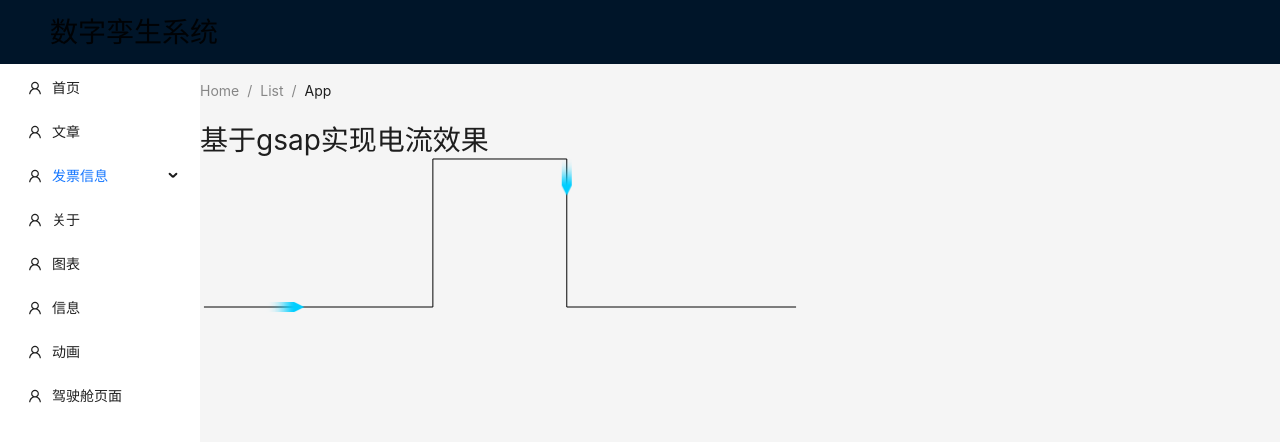
Repository: HailiePan/webpack-react-practice
Page: /animation
The author's editor kept a copy of each file at every save. The page is drawn from the files as they stood at one save, then again after the next save.
The browser window is 1280 px wide. The pictures show the whole page.
The project was rebuilt for these pictures with package versions that can differ from the ones it lists, and the page was loaded fresh each time. Also part of the build but not shown: src/pages/Animation/component/ScrollAnimation/index.jsx, src/pages/Home.jsx, src/pages/Invoices/index.jsx, src/pages/Invoices/Invoice.jsx, src/pages/Invoices/Pending.jsx, src/pages/Invoices/Complete.jsx, src/components/CommonBox/index.less, src/components/CommonBox/index.jsx and 27 more.

Above is the page before, as saved 2024-01-24 16:44:48.

### index.html
<!--
 * Author  hailie.pan
 * Date  2023-10-08 16:03:03
 * LastEditors  hailie.pan
 * LastEditTime  2023-10-08 16:03:04
 * Description  file content
-->
<!--
 * Author  hailie.pan
 * Date  2023-10-07 17:34:05
 * LastEditors  hailie.pan
 * LastEditTime  2023-10-07 17:34:06
 * Description  file content
-->
<!DOCTYPE html>
<html lang="en">
  <head>
    <meta charset="UTF-8" />
    <meta http-equiv="X-UA-Compatible" content="IE=edge" />
    <meta name="viewport" content="width=device-width, initial-scale=1.0" />
    <title>Document</title>
  </head>
  <body>
    <div id="app"></div>
  </body>
</html>

### src/index.jsx
/*
 * Author  hailie.pan
 * Date  2023-10-07 17:16:58
 * LastEditors  hailie.pan
 * LastEditTime  2023-10-24 17:39:40
 * Description  file content
 */
import React, { StrictMode } from "react";
import * as ReactDOM from "react-dom/client";
import { BrowserRouter, useRoutes } from "react-router-dom";
import { routes } from "@/router";
const App = () => {
  return useRoutes(routes);
};
const root = ReactDOM.createRoot(document.getElementById("app"));
// v18 的新方法
root.render(
  <StrictMode>
    <BrowserRouter>
      <App />
    </BrowserRouter>
  </StrictMode>
);

// BrowserRouter下直接渲染useRoutes,routes里配置好路径对应的组件
// 然后就会显示路径对应的组件
// useRoutes(routes)必须在函数里写着

### src/router/index.js
/*
 * @Author: Hailie.Pan
 * @Date: 2023-11-28 10:30:45
 * @LastEditors: Hailie.Pan
 * @LastEditTime: 2024-01-11 10:41:08
 * @Description:
 */
/*
 * Author  hailie.pan
 * Date  2023-10-13 17:13:27
 * LastEditors  hailie.pan
 * LastEditTime  2023-11-28 10:30:45
 * Description  file content
 */
import React from "react";
import { useRoutes } from "react-router-dom";

import BaseLayout from "@/BaseLayout";

import Home from "@/pages/Home";
import Invoices from "@/pages/Invoices";
import Invoice from "@/pages/Invoices/Invoice";
import Pending from "@/pages/Invoices/Pending";
import Complete from "@/pages/Invoices/Complete";
import About from "@/pages/About";
import Article from "@/pages/Article";
import ControlRoomFirstPage from "@/pages/ControlRoomFirstPage";
import Chart from "@/pages/Chart";
import Info from "@/pages/Info";
import Animation from '@/pages/Animation'

const routes = [
  {
    path: "/",
    element: <BaseLayout />,
    name: "一级场景",
    children: [
      { path: "/home", element: <Home />, name: "首页" },
      { path: "/article", element: <Article />, name: "文章" },
      {
        // path: "/invoices",
        // element: <Invoices />,
        name: "发票信息",
        children: [
          {
            path: "/invoices/invoicesDetail/:id",
            element: <Invoice />,
            name: "发票1详情",
          },
          {
            path: "/invoices/pending",
            element: <Pending />,
            name: "发票2详情",
          },
          {
            path: "/invoices/complete",
            element: <Complete />,
            name: "发票3详情",
          },
        ],
      },

      {
        path: "/about",
        element: <About />,
        name: "关于",
      },
      {
        path: "/chart",
        element: <Chart />,
        name: "图表",
      },
      {
        path: "/info",
        element: <Info />,
        name: "信息",
      },
      {
        path: "/animation",
        element: <Animation />,
        name: "动画",
      },
    ],
  },
  {
    path: "/controlRoomFirstPage",
    element: <ControlRoomFirstPage />,
    name: "驾驶舱页面",
  },
];

export { routes };

### src/BaseLayout/index.jsx
/*
 * Author  hailie.pan
 * Date  2023-10-13 17:28:32
 * LastEditors  hailie.pan
 * LastEditTime  2023-12-04 10:37:50
 * Description  file content
 */

import React, {useEffect, useCallback, useState, useMemo } from 'react';
import { LaptopOutlined, NotificationOutlined, UserOutlined } from '@ant-design/icons';
import { Breadcrumb, Layout, Menu, theme } from 'antd';
import { Link, NavLink, useRoutes, Navigate, Outlet } from 'react-router-dom';
import { gsap } from "gsap";
import { ScrollTrigger } from 'gsap/ScrollTrigger.js'
import { routes } from '@/router';
import StateContext from './data.js';
import styles from './index.less';
import ScrollAnimation from '@/pages/Animation/component/ScrollAnimation'
const { Header, Content, Sider } = Layout;

export default function BaseLayout() {
  // console.log("routes", routes);
  const [selectedMenuKeys, setSelectedMenuKeys] = useState([]);

  // useMemo缓存菜单的计算方法，避免每次刷新时都计算一遍
  // 这个菜单的算法还是不太优美，不好维护
  let showMenu = useMemo(
    () =>
      routes
        .map((item, index) => {
          if (item.children) {
            const arr2 = item.children.map((c, cIndex) => {
              return {
                key: cIndex,
                icon: React.createElement(UserOutlined),
                name: c.name,
                label: (
                  <NavLink to={c.path} state={'From App'}>
                    {c.name}
                  </NavLink>
                ),
                children: c?.children?.map((t, tIndex) => ({
                  key: `${cIndex}-${tIndex}`,
                  icon: React.createElement(UserOutlined),
                  name: t.name,
                  label: <NavLink to={t.path}>{t.name}</NavLink>
                }))
              };
            });
            return arr2;
          } else {
            return {
              key: 'dandu' + index,
              icon: React.createElement(UserOutlined),
              name: item.name,
              label: (
                <NavLink to={item.path} state={'From App'}>
                  {item.name}
                </NavLink>
              )
            };
          }
        })
        .flat(), // arr2是个数组，放到showMenu数组里需要拉平
    []
  );
  showMenu.flat();
  // console.log("showMenu", showMenu);

  const menuArr = [
    {
      key: 0,
      icon: React.createElement(UserOutlined),
      label: (
        <NavLink to="/home" state={'From App'}>
          首页
        </NavLink>
      )
    },

    {
      key: 1,
      icon: React.createElement(LaptopOutlined),
      label: <NavLink to="invoices">发票信息</NavLink>,
      children: [
        {
          key: '1-0',
          label: <NavLink to="/invoices/invoicesDetail/1?a=a&b=b">发票1详情页</NavLink>
        },
        {
          key: '1-1',
          label: <NavLink to="/invoices/pending?fromPage=菜单点击">发票2详情页</NavLink>
        },
        {
          key: '1-2',
          label: (
            <NavLink to="/invoices/complete" state={'左侧菜单点击'}>
              发票3详情页
            </NavLink>
          )
        }
      ]
    },
    {
      key: 2,
      icon: React.createElement(NotificationOutlined),
      label: <NavLink to="about">关于</NavLink>
    },
    {
      key: 3,
      icon: React.createElement(NotificationOutlined),
      label: <NavLink to="controlRoomFirstPage">驾驶舱页面</NavLink>
    },
    {
      key: 4,
      icon: React.createElement(LaptopOutlined),
      label: <NavLink to="article">文章</NavLink>
    }
  ];

  const onSelectMenu = ({ item, key, keyPath, selectedKeys, domEvent }) => {
    setSelectedMenuKeys([key]);
  };

  const [state, setState] = useState('playing');

  // useEffect(()=>{
  //   gsap.registerPlugin(ScrollTrigger)
  //     // 绿色方块
  //     gsap.to("#ewrwer", {
  //       rotation: 900,
  //       x:400,
  //       duration: 1,
  //       scrollTrigger: {
  //         trigger: '#ewrwer', // 动画的元素
  //         scroller: document.getElementById('21321'), // 滚动的元素
  //         scrub: 2,
  //         markers: true,
  //       },

  //     });
  // },[])

  return (
    <Layout className={styles.layoutWrap}>
{/*
      <div className={styles.box} id='21321'>
        <div className={styles.green} id='ewrwer'></div>
        <div style={{height:'1000px'}} />
      </div> */}

      {/* <ScrollAnimation /> */}


      <Header className={styles.header}>
        <div className={styles.logo} />

        <h1>数字孪生系统</h1>
      </Header>

      <Layout>
        <Sider className={styles.sider}>
          <Menu
            mode="inline"
            // defaultSelectedKeys={["0"]}
            // defaultOpenKeys={["sub1"]}
            style={{
              height: '100%',
              borderRight: 0
            }}
            items={showMenu}
            selectedKeys={selectedMenuKeys}
            onSelect={onSelectMenu}
          />
        </Sider>

        <Layout className={styles.rightLayout}>
          <Breadcrumb
            style={{
              margin: '16px 0'
            }}
          >
            <Breadcrumb.Item>Home</Breadcrumb.Item>
            <Breadcrumb.Item>List</Breadcrumb.Item>
            <Breadcrumb.Item>App</Breadcrumb.Item>
          </Breadcrumb>

          <StateContext.Provider value={{ state, setState }}>
            <Content className={styles.content} id='content'>
              <Outlet />
            </Content>
          </StateContext.Provider>
        </Layout>
      </Layout>
    </Layout>
  );
}

### src/pages/Animation/index.jsx
/*
 * @Author: Hailie.Pan
 * @Date: 2024-01-11 10:41:16
 * @LastEditors: Hailie.Pan
 * @LastEditTime: 2024-01-24 15:25:22
 * @Description:
 */
import React, { useRef, useEffect, useState } from 'react';
import { gsap } from 'gsap';
import { ScrollTrigger } from 'gsap/ScrollTrigger.js';
import MoveBox from './component/MoveBox';
import MoveOnPath from './component/MoveOnPath';
import CanvasDraw from './component/CanvasDraw';
import TimeLine from './component/TimeLine';
import ScrollAnimation from './component/ScrollAnimation';
import ScrollAnimation2 from './component/ScrollAnimation2';
import ImitateElectricity from './component/ImitateElectricity';
import DraggableCom from './component/DraggableCom';
import styles from './index.module.less';

export default function Animation() {
  let obj = { myNum: 10, myColor: 'red' };

  useEffect(() => {
    // stagger 依次执行动画
    // gsap.to([boxRef.current, boxRef2.current, boxRef3.current], {
    //   rotation: 360,
    //   stagger:1,
    //   duration:2
    // });

    gsap.to(obj, {
      myNum: 200,
      myColor: 'blue',
      onUpdate: () => {
        console.log('onUpdate', obj.myColor);
      },
      onComplete: () => console.log('onComplete', obj.myNum, obj.myColor)
    });
  }, []);

  return (
    <div className={styles.wrap}>
      {/* <MoveBox /> */}

      {/* 在canvas中驱动元素绘制 */}
      {/* <CanvasDraw /> */}

      {/* 时间线动画 stagger依次错开 */}
      {/* <TimeLine /> */}

      {/* 元素沿SVG路径移动 */}
      {/* <MoveOnPath /> */}

      {/* 把canvas的效果和gsap的效果放在一起对比 */}
      {/* 模拟电流效果 */}
      <ImitateElectricity />

      {/* 滚动动画 */}
      {/* <ScrollAnimation /> */}

      {/* 滚动动画 */}
      {/* <ScrollAnimation2 /> */}

      {/* 可拖拽 */}
      {/* <DraggableCom /> */}
    </div>
  );
}

### src/BaseLayout/data.js
/*
 * Author  hailie.pan
 * Date  2023-11-28 10:20:25
 * LastEditors  hailie.pan
 * LastEditTime  2023-11-28 10:26:27
 * Description  file content
 */
import { createContext } from "react";

const StateContext = createContext({});

export default StateContext;

### src/BaseLayout/index.less
body {
  margin: 0;
  // height: 200vh;
}


.layoutWrap {
  height: 100vh;
  overflow-y: auto;
}

.box{
  height: 200px;
  overflow-y: auto;
  // border: 1px solid rgb(239, 200, 151);
}
.green{
  width: 50px;
  height: 50px;
  background-color: green;
  border-radius: 4px;
  margin: 0 auto;
  position: fixed;
  top: 50%;
  left: 50%;
}
.header {
  display: flex;
  align-items: center;

  .logo {
    width: 100px;
    height: 40px;
    background: rgba(255, 255, 255, 0.5);
    margin-right: 20px;
  }
  h1 {
    color: #fff;
    padding: 0;
    margin: 0;
  }
}
@colorBgContainer: #fff;
.sider {
  width: 200;
  background: @colorBgContainer;
}
.rightLayout {
  padding: 0 24px 24px;
}

.content {
  padding: 24px;
  margin: 0;
  min-height: 280px;
  background: @colorBgContainer;
  // border: 1px solid green; // 高度没有被页面的高度撑开
  // height: auto;
  overflow-y: scroll;
}

### src/pages/home.less
@color: rgb(248, 157, 39);

@font-face {
  font-family: "DIN";
  src: url("@/assets/fonts/庞门正道标题体2.0增强版.ttf");
  font-style: normal;
  font-weight: normal;
}
.wrapper {
  font-weight: 700;
  color: #333;

  ul {
    color: @color;
    // list-style-type: none;
  }
  .fontStyle {
    font-family: "DIN";
  }

  .box {
    height: 500px;
    margin-top: 20px;
    display: flex;
    .item {
      flex-shrink: 1; //属性定义了项目的缩小比例，默认为1，即如果空间不足，该项目将缩小
      flex-grow: 1; // 定义项目的放大比例，默认为0，即如果存在剩余空间，也不放大
      width: 300px;
      background-color: #fce09e;
      border: 1px solid rgb(255, 162, 0);
    }
  }
  .showImg {
    display: flex;
    img {
      width: 100px;
      height: 100px;
      margin-top: 10px;
      display: block;
    }
  }
}

### src/pages/Animation/component/ImitateElectricity/index.jsx
/*
 * @Author: Hailie.Pan
 * @Date: 2024-01-16 22:18:53
 * @LastEditors: Hailie.Pan
 * @LastEditTime: 2024-01-24 16:44:22
 * @Description:
 */
import React, { useEffect, useRef } from 'react';
import { gsap } from 'gsap';
import { MotionPathPlugin, MotionPathHelper } from 'gsap/all';
import { Button } from 'antd';
import styles from './index.module.less';

export default function ImitateElectricity() {
  const jiantou = useRef();
  const jiantou2 = useRef();

  // 注册插件
  gsap.registerPlugin(MotionPathPlugin);
  const tl = gsap.timeline();

  useEffect(() => {
    gsap.set([jiantou.current, jiantou2.current], { scale: 0.5, autoAlpha: 1 });

    tl.to([jiantou.current], {
      duration: 4,
      ease: 'none',
      immediateRender: true,
      repeat: -1, // 重复
      stagger: 2, // 间隔时间
      motionPath: {
        path: '#xianlu', // 路径
        align: '#xianlu', // 对齐到路径
        alignOrigin: [0.5, 0.5], // 对齐原点
        autoRotate: 90, // 沿路径方向旋转角度
        end: 0.25
      }
    });

    tl.to([jiantou2.current], {
      duration: 8,
      ease: 'none',
      immediateRender: true,
      repeat: -1, // 重复
      stagger: 2, // 间隔时间
      motionPath: {
        path: '#xianlu', // 路径
        align: '#xianlu', // 对齐到路径
        alignOrigin: [0.5, 0.5], // 对齐原点
        autoRotate: 90, // 沿路径方向旋转角度
        start: 0.5
        // end: 0.5
      }
    });

    // gsap.registerPlugin(MotionPathPlugin, MotionPathHelper)
  }, []);

  return (
    <div>
      <h1>基于gsap实现电流效果</h1>
      {/* svg路径必须是path */}
      <svg class={styles.motionPath} viewBox="0 0 600 152">
        <path fill="none" stroke="#000" d="m0,151h231.97V1h135.69v150h232.35" />
        <path
          id="xianlu"
          fill="none"
          stroke="none"
          d="m0,151h225.12c3.78,0,6.85-3.06,6.85-6.85V8.04c0-3.89,3.15-7.04,7.04-7.04h121.97c3.69,0,6.68,2.99,6.68,6.68v136.63c0,3.69,3,6.69,6.69,6.69h225.66"
        />
      </svg>

      <div className={styles.jiantou} ref={jiantou}></div>
      <div className={styles.jiantou} ref={jiantou2}></div>
    </div>
  );
}

### src/pages/Animation/component/ScrollAnimation/index.module.less

.wrap{
  border:1px solid red;
  height: 600px;
  background-color: #111;
  color: white;
  // overflow-x: hidden;
  overflow-y: scroll;
}
h1, h2 {
  margin: 0;
  font-weight: 400;
  max-width: none;
}
.headerSection{
  height: 400px;
  line-height: 400px;
  border: 1px solid rgb(255, 140, 0);
}

.comparisonSection {
  position: relative;
  padding-bottom: 56.25%; /* to maintain aspect ratio (responsive!) */
  border: 1px solid yellow;

  .comparisonImage {
    width: 100%;
    height: 100%;

    img {
      width: 100%;
      height: 100%;
      position: absolute;
      top: 0;
    }
  }

  .afterImage {
    position: absolute;
    overflow: hidden;
    top: 0;
    transform: translate(100%, 0px);
    img {
      transform: translate(-100%, 0px);
    }
  }
}

### src/pages/Animation/component/ImitateElectricity/index.module.less
.motionPath {
  overflow: visible;
  width: 600px;
  height: 150px;
}

.jiantou {
  width: 20px;
  height: 77px;
  background: url('./assets/jiantou2.png');
}

After the next save:
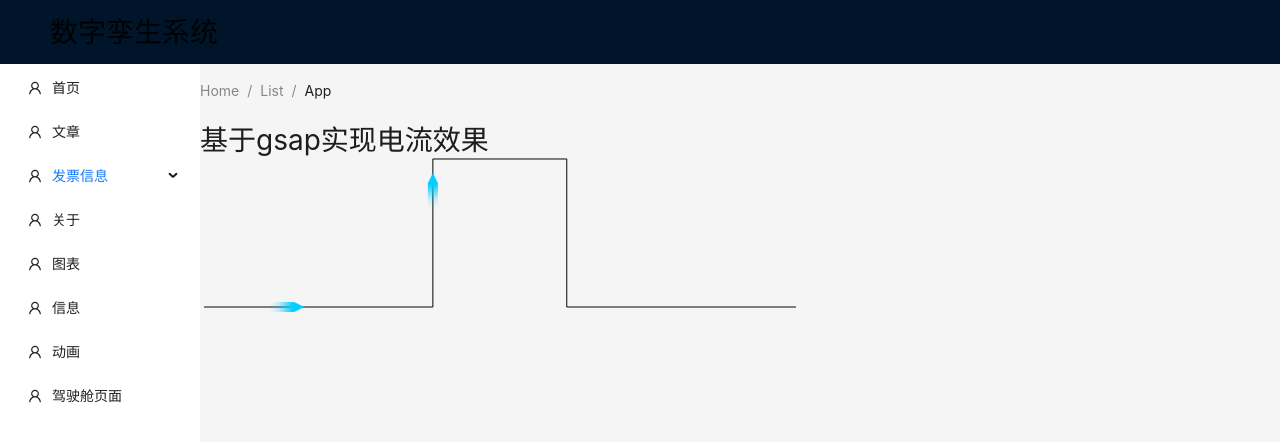
Saved 16 s later.
--- a/src/pages/Animation/component/ImitateElectricity/index.jsx
+++ b/src/pages/Animation/component/ImitateElectricity/index.jsx
@@ -48,7 +48,7 @@ export default function ImitateElectricity() {
         align: '#xianlu', // 对齐到路径
         alignOrigin: [0.5, 0.5], // 对齐原点
         autoRotate: 90, // 沿路径方向旋转角度
-        start: 0.5
+        start: 0.25
         // end: 0.5
       }
     });
